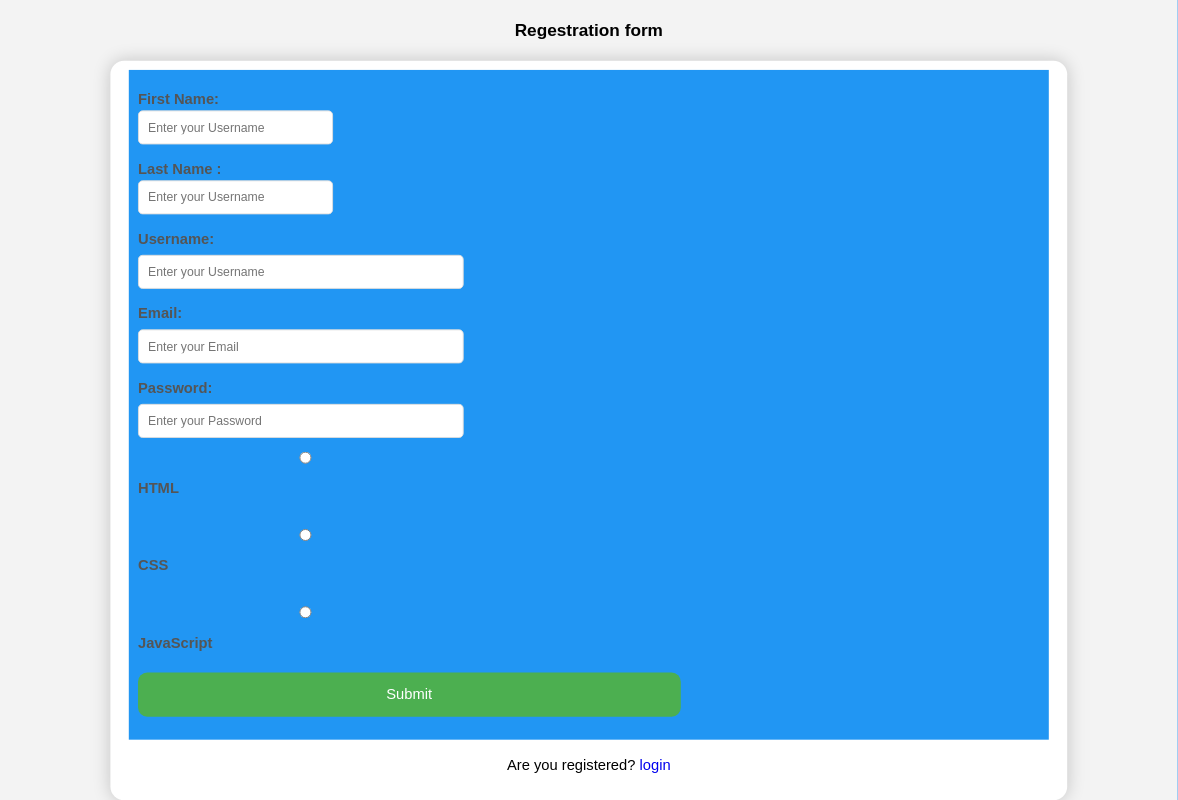
Repository: alizey12/Regestratin-Form-js
Page: regester.html
An editor plug-in stored every save of this project. The page is shown before and after a run of saves, followed by the edit.
The browser window is 1280 px wide. The pictures show the whole page, at 92% of full size.

Above is the page before, as saved 2024-11-29 13:46:52.

### regester.html
<!DOCTYPE html>
<html lang="en">
<head>
    <meta charset="UTF-8">
    <meta name="viewport" content="width=device-width, initial-scale=1.0">
    <link rel="stylesheet" href="regester.css">
    <title>Regestration form</title>
</head>
<body>
<h3>Regestration form</h3>


    <div class="main">

    <div class="grid-container">
        <form action="">
            <label for="first">
                First Name:
                <input type="text" id="first" name="first"
                placeholder="Enter your Username" required>

            </label>
            <label for="second">
            Last Name :
                <input type="text" id="first" name="first"
                placeholder="Enter your Username" required>

            </label>
            <label for="first">
                Username:

            </label>
            <input type="text" id="first" name="first"
                placeholder="Enter your Username" required>

                <label for="first">
                    Email:
                </label>
                <input type="email" id="first" name="email"
                    placeholder="Enter your Email" required>

            <label for="password">
                Password:
            </label>
            <input type="password" id="password" name="password"
                placeholder="Enter your Password" required>



                <input type="radio" id="html" name="fav_language" value="HTML">
                <label for="html">HTML</label><br>
                <input type="radio" id="css" name="fav_language" value="CSS">
                <label for="css">CSS</label><br>
                <input type="radio" id="javascript" name="fav_language" value="JavaScript">
                <label for="javascript">JavaScript</label>


            <div class="wrap">
                <button type="submit">
                    Submit
                </button>
            </div>
        </form>
    </div>


        <p>Are you registered?
            <a href="signin.html" style="text-decoration: none;">
               login
            </a>
        </p>
    </div>


</body>
</html>

### regester.css


body {
    display: flex;
    align-items: center;
    justify-content: center;
    font-family: sans-serif;
    line-height: 1.5;
    min-height: 100vh;
    background: #f3f3f3;
    flex-direction: column;
    margin: 0;
}
.main {
    background-color: #fff;
    border-radius: 15px;
    box-shadow: 0 0 20px rgba(0, 0, 0, 0.2);
    padding: 10px 20px;
    transition: transform 0.2s;
    width: 1000px;
    text-align: center;
}

h1 {
    color: #4CAF50;
}

label {
    display: block;
    width: 60%;
    margin-top: 10px;
    margin-bottom: 5px;
    text-align: left;
    color: #555;
    font-weight: bold;
}

input {
    display: block;
    width: 60%;
    margin-bottom: 15px;
    padding: 10px;
    box-sizing: border-box;
    border: 1px solid #ddd;
    border-radius: 5px;
}

button {
    padding: 15px;
    border-radius: 10px;
    margin-top: 15px;
    margin-bottom: 15px;
    border: none;
    color: white;
    cursor: pointer;
    background-color: #4CAF50;
    width: 100%;
    font-size: 16px;
}

.wrap {
    display: flex;
    justify-content: center;
    align-items: center;
}



.grid-container{
    display: grid;
    grid-template-columns: auto auto;
    background-color: #2196F3;
    padding: 10px;
}

After the next 3 saves:
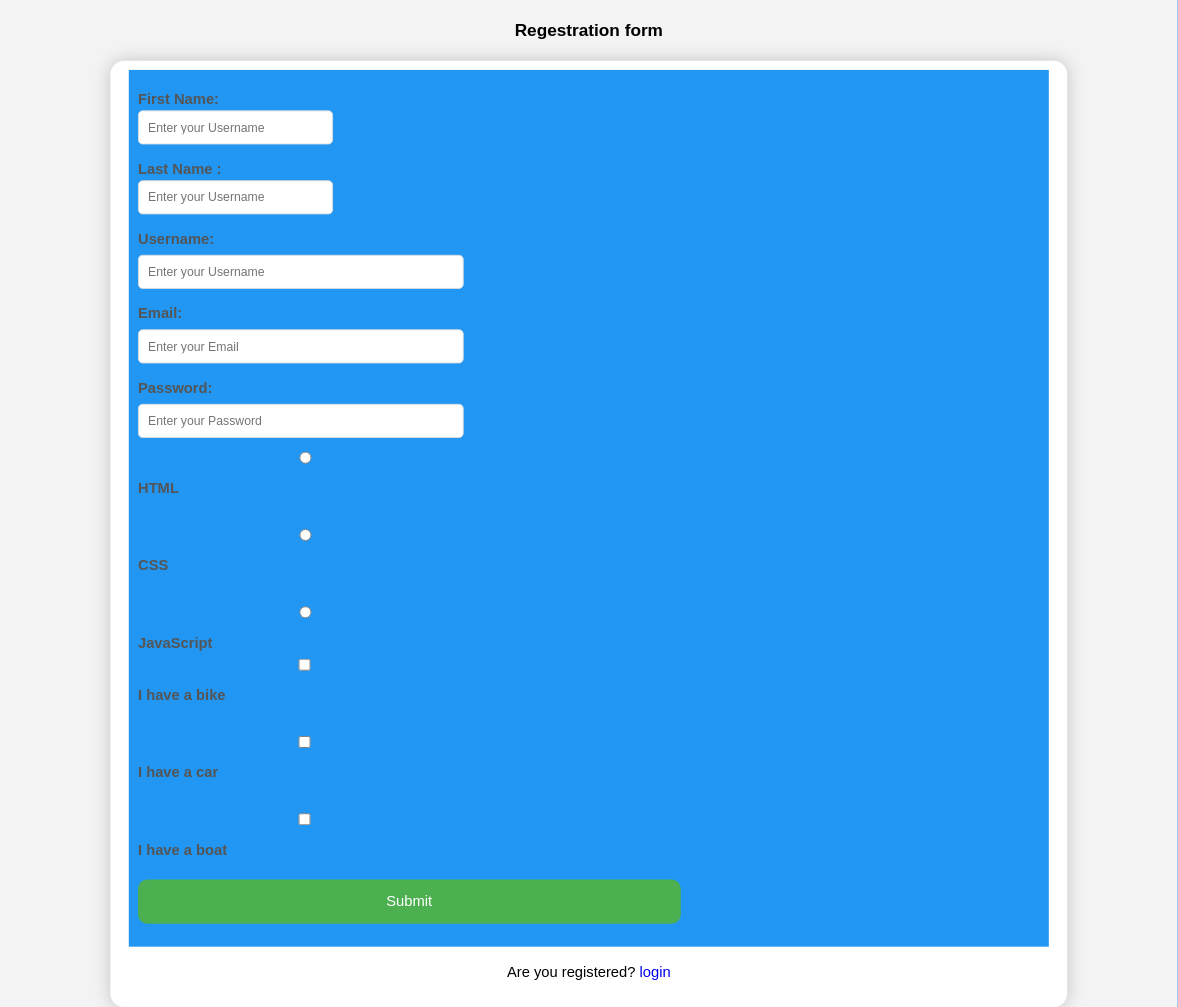
The 3 saves are shown as one change because they came seconds apart.
The last was saved 12 s later.
--- a/regester.html
+++ b/regester.html
@@ -54,6 +54,13 @@
                 <input type="radio" id="javascript" name="fav_language" value="JavaScript">
                 <label for="javascript">JavaScript</label>
 
+                <input type="checkbox" id="vehicle1" name="vehicle1" value="Bike">
+                <label for="vehicle1"> I have a bike</label><br>
+                <input type="checkbox" id="vehicle2" name="vehicle2" value="Car">
+                <label for="vehicle2"> I have a car</label><br>
+                <input type="checkbox" id="vehicle3" name="vehicle3" value="Boat">
+                <label for="vehicle3"> I have a boat</label>
+
 
             <div class="wrap">
                 <button type="submit">
